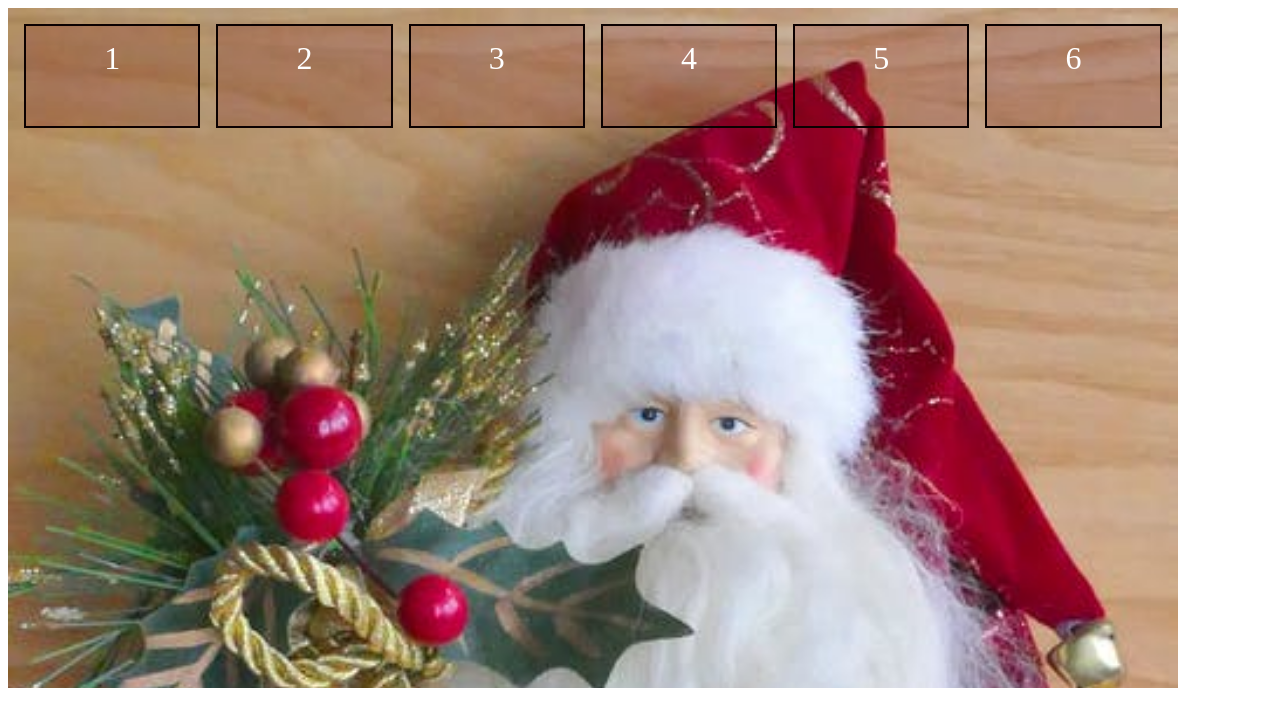
Repository: hindrik40/julprogram-js
Page: advent.html
The author's editor kept a copy of each file at every save. The page is drawn from the files as they stood at one save, then again after the next save.
The browser window is 1280 px wide. The pictures show the whole page.

Above is the page before, as saved 2021-12-14 10:49:55.

After the next save:
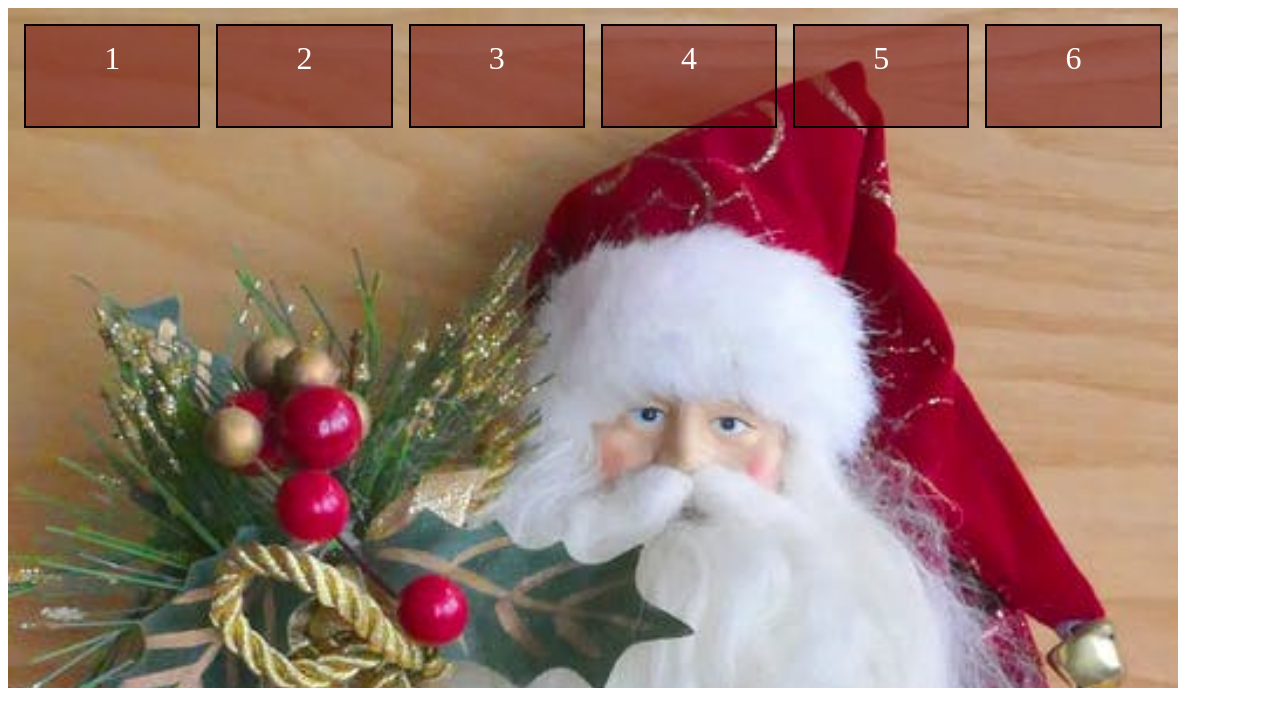
Saved 23 s later.
--- a/advent.css
+++ b/advent.css
@@ -14,7 +14,7 @@ main div{
    min-height: 100px;
    height: 4rem;
     border:solid 2px rgb(12, 1, 1);
-    background-color: rgba(112, 6, 6, 0.2);
+    background-color: rgba(112, 6, 6, 0.5);
     font-size:2rem;
     text-align: center;
     vertical-align: middle;
